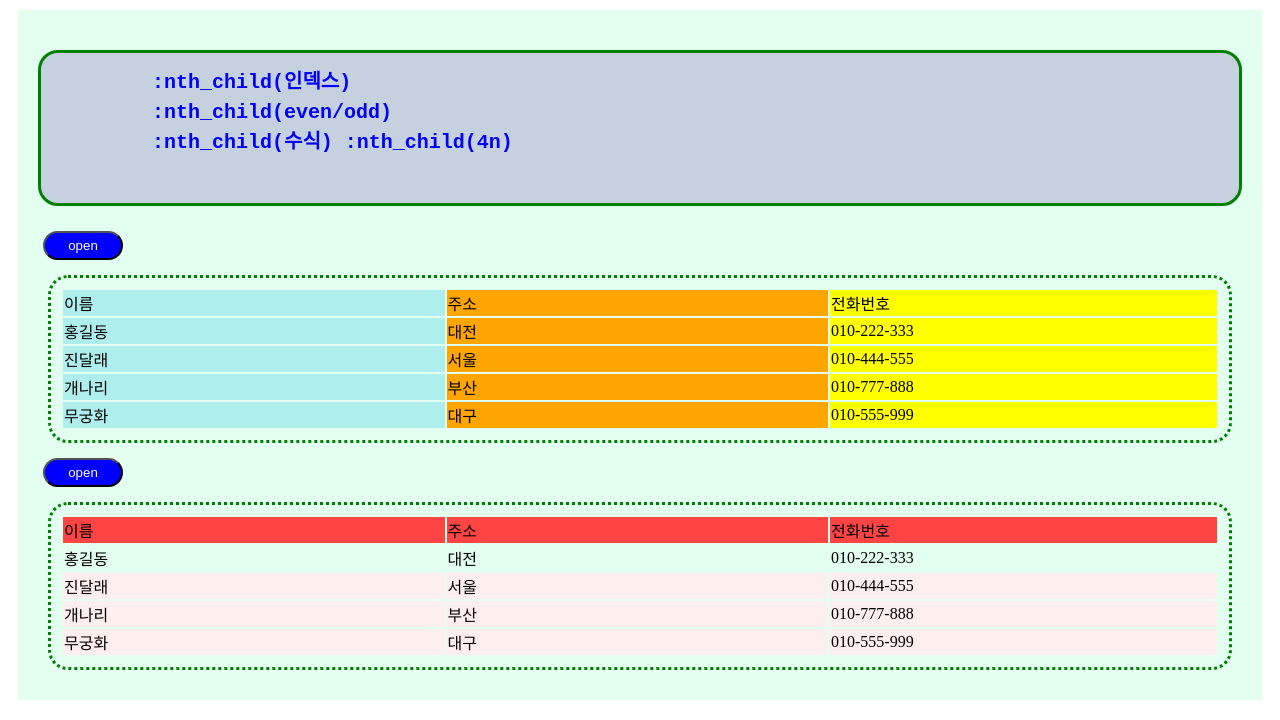
Repository: ypyp0205/jquery
Page: jqpro/WebContent/0212/자식필터2.html
These files come from the project's save history. The page is drawn as it stood at one moment and after the next save; the edit follows.
The browser window is 1280 px wide. The pictures show the whole page.

Above is the page before, as saved 2020-02-12 05:32:38.

After the next save:
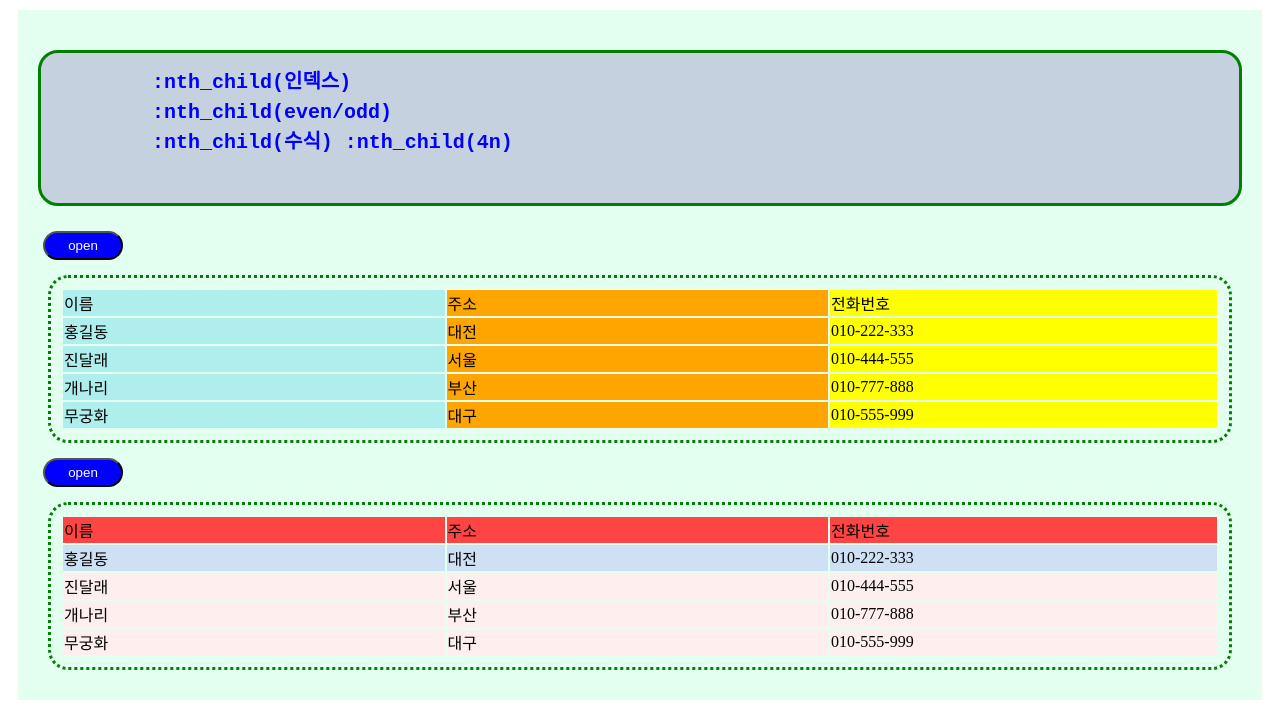
Saved 4 s later.
--- a/jqpro/WebContent/0212/자식필터2.html
+++ b/jqpro/WebContent/0212/자식필터2.html
@@ -17,7 +17,7 @@
 
 
 		$('.box2 tr:first-child').css('background', '#ff4444');
-		$('.box2 tr:nth-child(2)').css('background', '#gfdff4');
+		$('.box2 tr:nth-child(2)').css('background', '#cfdff4');
 		$('.box2 tr:nth-child(3)').css('background', '#feefee');
 		$('.box2 tr:nth-child(4)').css('background', '#feefee');
 		$('.box2 tr:nth-child(5)').css('background', '#feefee');
